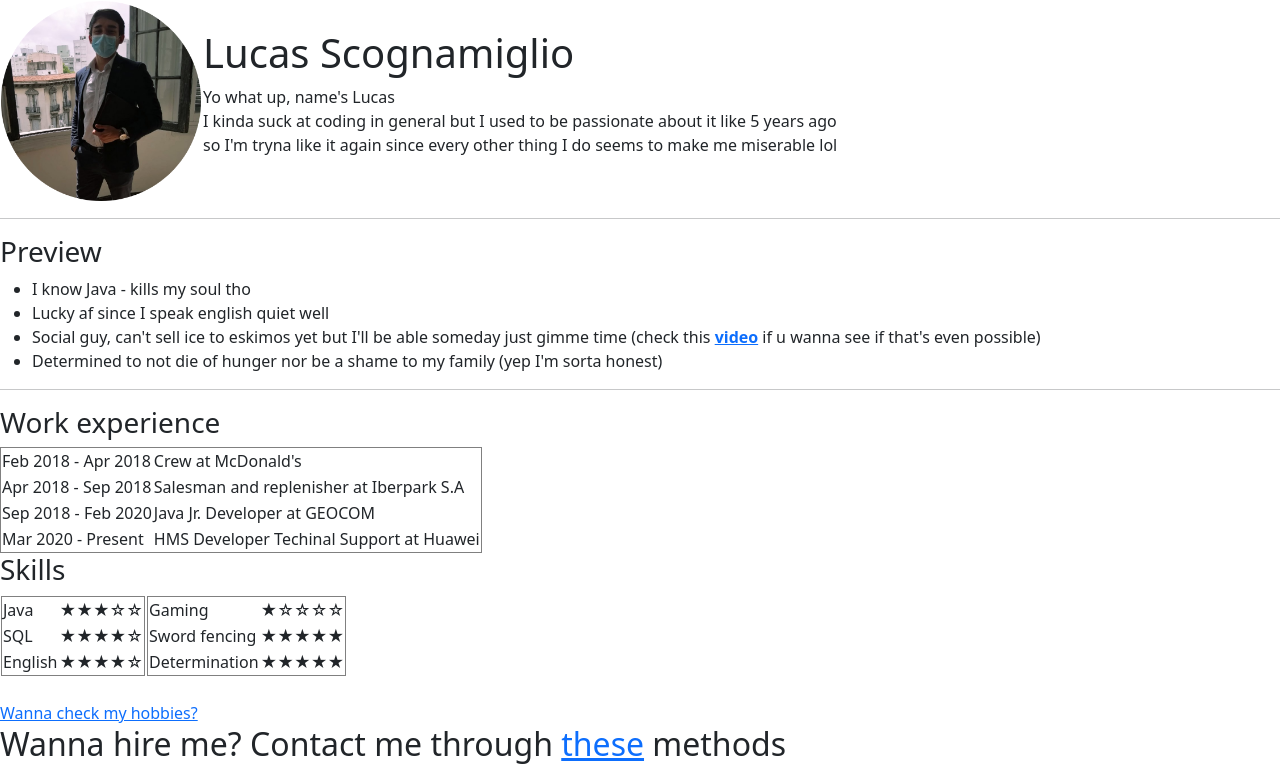
Repository: ScoggoDev/DesarrolloWeb
Page: tarea en equipo 1/cv.html
These files come from the project's save history. The page is drawn as it stood at one moment and after the next save; the edit follows.
The browser window is 1280 px wide. The pictures show the whole page.

Above is the page before, as saved 2021-07-07 21:21:27.

### tarea en equipo 1/cv.html
<!DOCTYPE html>
<html>
  <head>
    <meta charset="utf-8">
    <title>Lucas's Personal Site</title>
    <link href="https://cdn.jsdelivr.net/npm/bootstrap@5.0.2/dist/css/bootstrap.min.css" rel="stylesheet" integrity="sha384-EVSTQN3/azprG1Anm3QDgpJLIm9Nao0Yz1ztcQTwFspd3yD65VohhpuuCOmLASjC" crossorigin="anonymous">
    <script src="https://cdn.jsdelivr.net/npm/bootstrap@5.0.2/dist/js/bootstrap.bundle.min.js" integrity="sha384-MrcW6ZMFYlzcLA8Nl+NtUVF0sA7MsXsP1UyJoMp4YLEuNSfAP+JcXn/tWtIaxVXM" crossorigin="anonymous"></script>
  </head>
  <body>
    <table cellspacing = "20">
      <td><img src="circle-cropped.png" alt="Lucas Scognamiglio" width="200" height="200"></td>
      <td>    <h1>Lucas Scognamiglio</h1>
          <p>Yo what up, name's Lucas <br> I kinda suck at coding in general but I used to be passionate about it like 5 years ago <br> so I'm tryna
          like it again since every other thing I do seems to make me miserable lol</p></td>
    </table>

    <hr>
    <h3>Preview</h3>
    <ul>
      <li>I know Java - kills my soul tho</li>
      <li>Lucky af since I speak english quiet well</li>
      <li>Social guy, can't sell ice to eskimos yet but I'll be able someday just gimme time (check this <strong><a href="https://www.youtube.com/watch?v=TYlfOKTx-Ds">video</a></strong> if u wanna see if that's even possible)</li>
      <li>Determined to not die of hunger nor be a shame to my family (yep I'm sorta honest)</li>
    </ul>
    <hr>
    <h3>Work experience</h3>
    <table border="1" >
      <tr>
        <td>Feb 2018 - Apr 2018</td>
        <td>Crew at McDonald's</td>
      </tr>
      <tr>
        <td>Apr 2018 - Sep 2018</td>
        <td>Salesman and replenisher at Iberpark S.A</td>
      </tr>
      <tr>
        <td>Sep 2018 - Feb 2020</td>
        <td>Java Jr. Developer at GEOCOM</td>
      </tr>
      <tr>
        <td>Mar 2020 - Present</td>
        <td>HMS Developer Techinal Support at Huawei</td>
      </tr>
    </table>

    <h3>Skills</h3>
    <table cellspacing = "10">
      <td>
        <table border="1">
          <tr>
            <td>Java</td>
            <td>★★★☆☆</td>
          </tr>
          <tr>
            <td>SQL</td>
            <td>★★★★☆</td>
          </tr>
          <tr>
            <td>English</td>
            <td>★★★★☆</td>
          </tr>
        </table>
      </td>
      <td>
        <table border="1">
          <tr>
            <td>Gaming</td>
            <td>★☆☆☆☆</td>
          </tr>
          <tr>
            <td>Sword fencing</td>
            <td>★★★★★</td>
          </tr>
          <tr>
            <td>Determination</td>
            <td>★★★★★</td>
          </tr>
        </table>
      </td>
    </table>

    <br>
    <a href="hobbies.html">Wanna check my hobbies?</a>

    <br>
    <h2>Wanna hire me? Contact me through <a href="contact.html">these</a> methods</h2>
  </body>
</html>

After the next save:
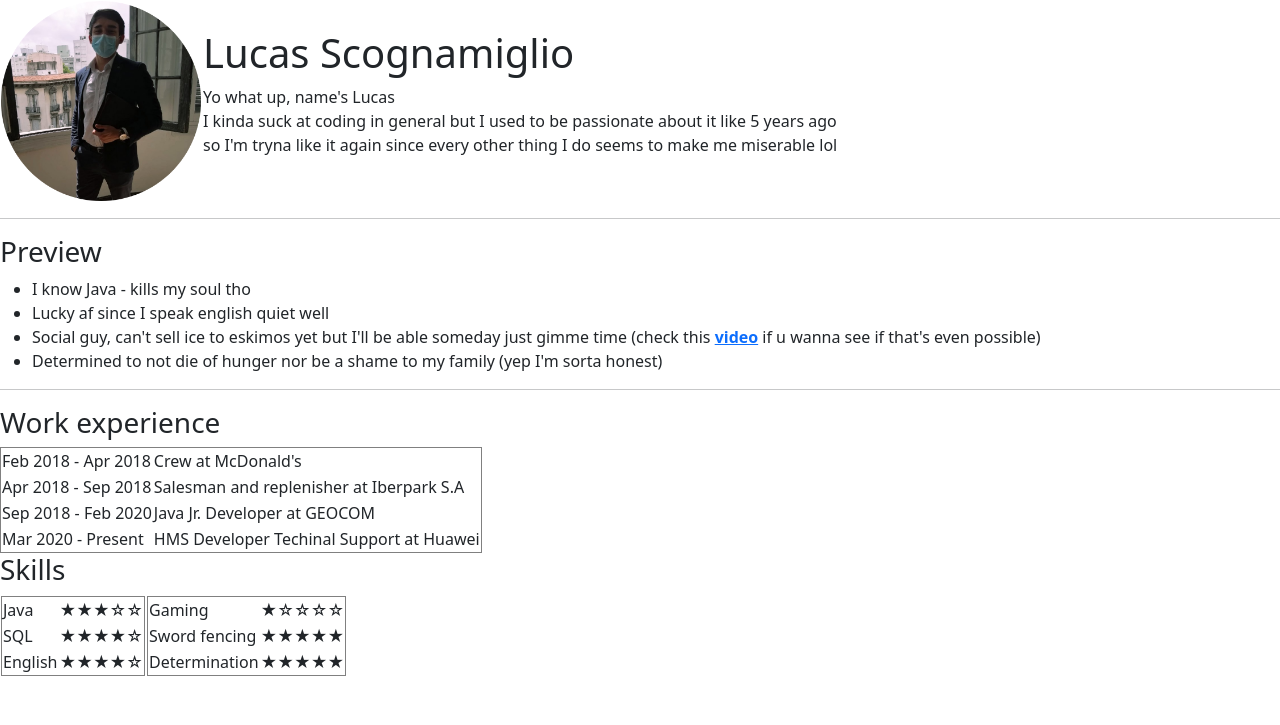
Saved 5 min 7 s later.
--- a/tarea en equipo 1/cv.html
+++ b/tarea en equipo 1/cv.html
@@ -80,9 +80,7 @@
     </table>
 
     <br>
-    <a href="hobbies.html">Wanna check my hobbies?</a>
 
     <br>
-    <h2>Wanna hire me? Contact me through <a href="contact.html">these</a> methods</h2>
   </body>
 </html>
